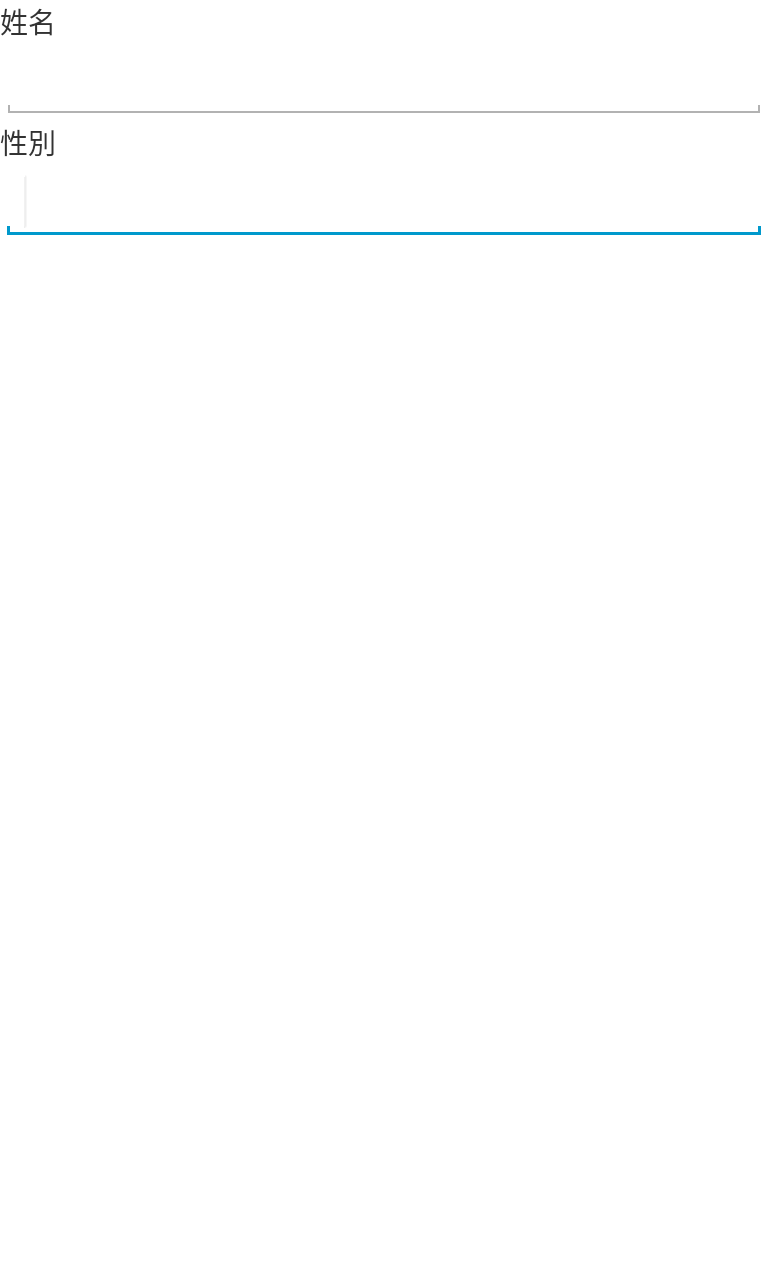
Repository: idarfan/android41
Layout: Ch05app2me/res/layout/activity_main.xml
An editor plug-in stored every save of this project. The layout is shown before and after the next save, followed by the edit.
It is drawn on a 768 x 1280 px phone screen (xhdpi) without system bars, with theme AppTheme; the app's code is not run.

Above is the layout before, as saved 2012-07-17 13:17:20.

After the next save:
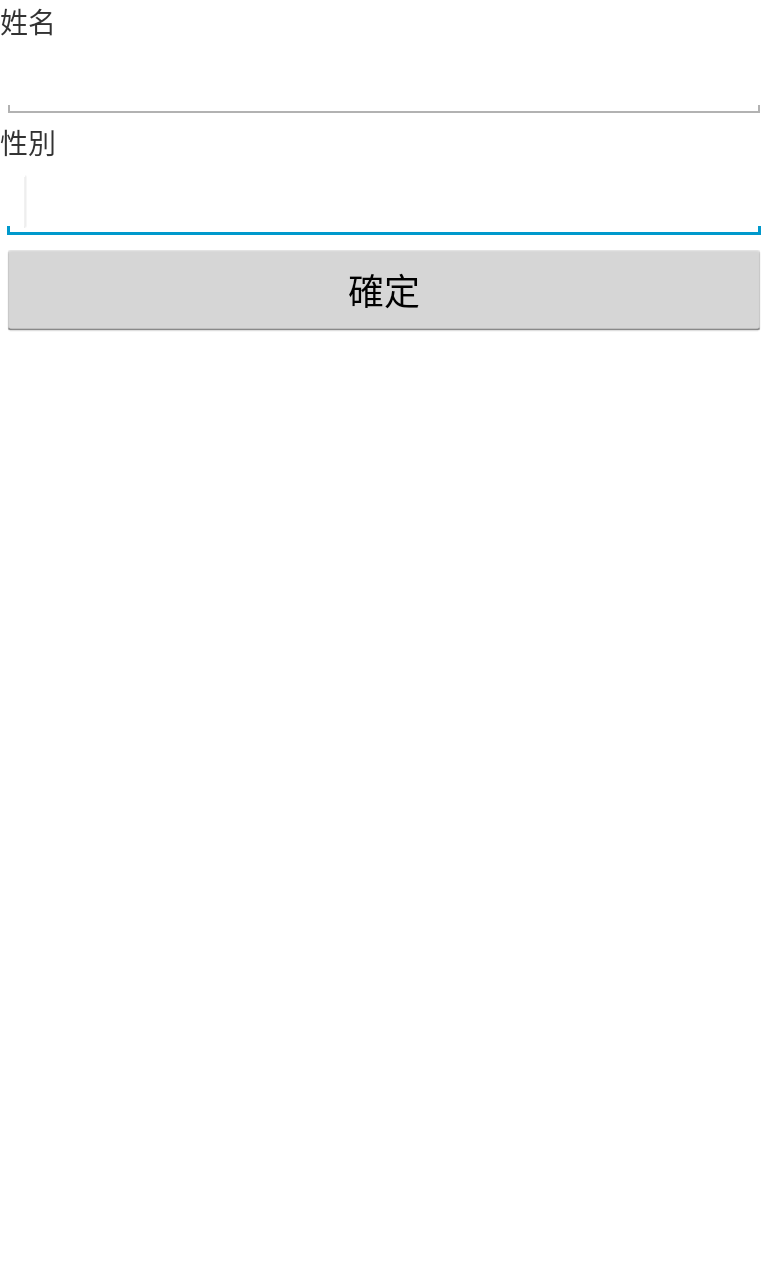
Saved 2 min 29 s later.
--- a/Ch05app2me/res/layout/activity_main.xml
+++ b/Ch05app2me/res/layout/activity_main.xml
@@ -34,4 +34,10 @@
         <requestFocus />
     </EditText>
 
+    <Button
+        android:id="@+id/button1"
+        android:layout_width="match_parent"
+        android:layout_height="wrap_content"
+        android:text="@string/btPtSure" />
+
 </LinearLayout>
